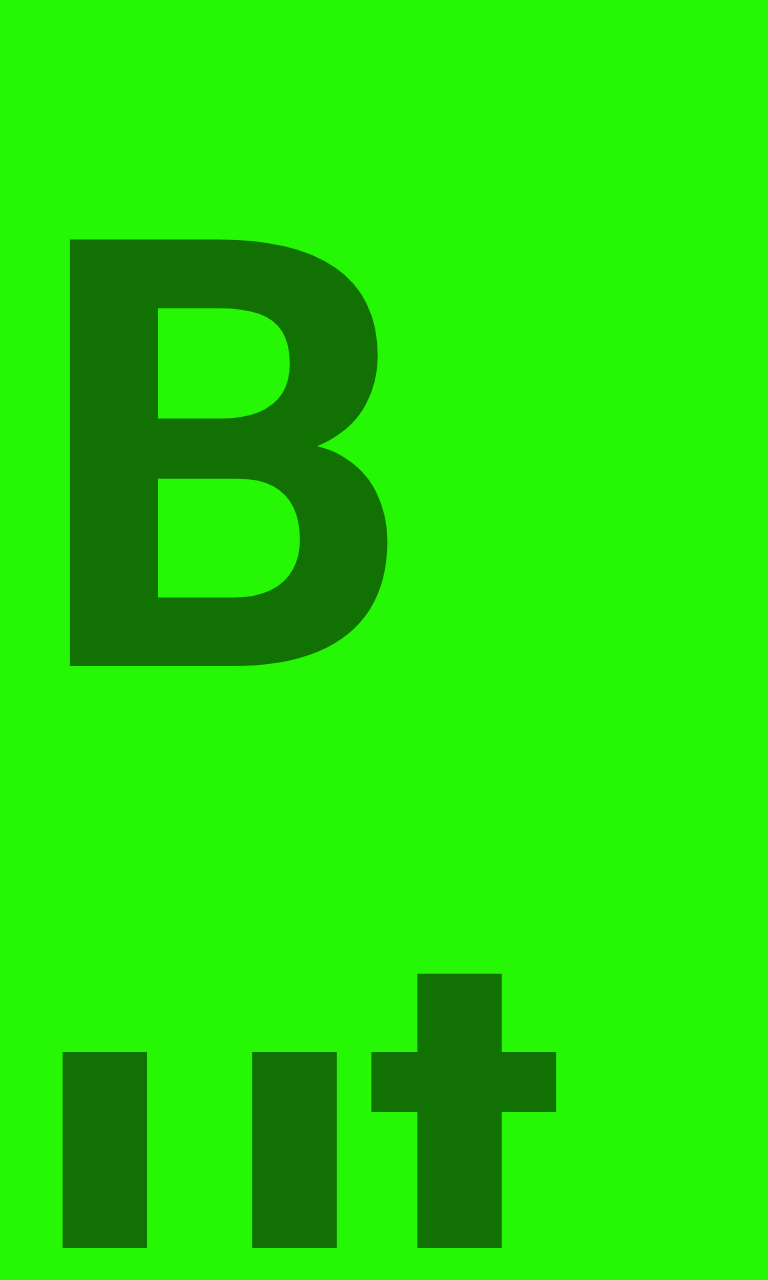
Repository: sameerisa/idtech-yale-android
Layout: ButtonPresser/res/layout/fragment_main.xml
An editor plug-in stored every save of this project. The layout is shown before and after the next save, followed by the edit.
It is drawn on a 768 x 1280 px phone screen (xhdpi) without system bars, with theme AppTheme; the app's code is not run.

Above is the layout before, as saved 2014-06-25 15:53:36.

After the next save:
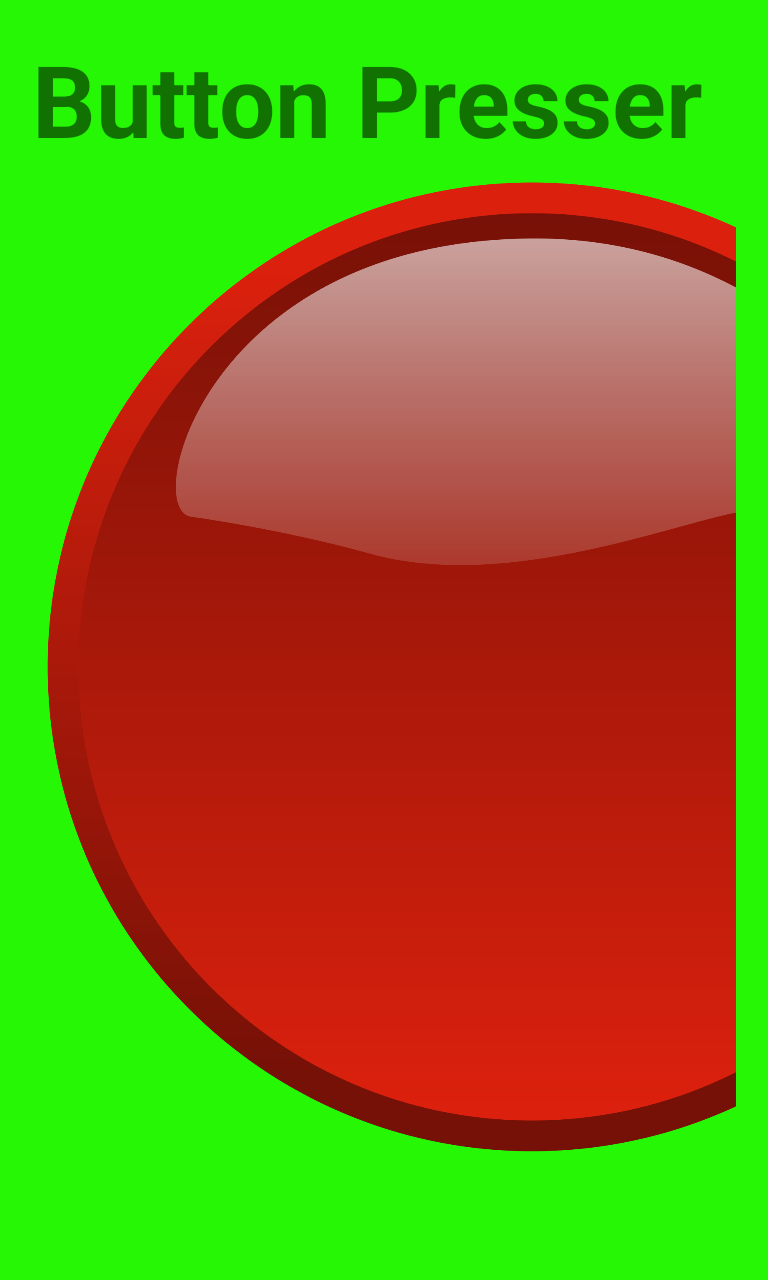
Saved 29 s later.
--- a/ButtonPresser/res/layout/fragment_main.xml
+++ b/ButtonPresser/res/layout/fragment_main.xml
@@ -15,7 +15,7 @@
         android:layout_width="wrap_content"
         android:layout_height="wrap_content"
         android:text="Button Presser"
-        android:textSize="300sp"
+        android:textSize="50sp"
         android:textStyle="bold"
         />"
 <ImageView
